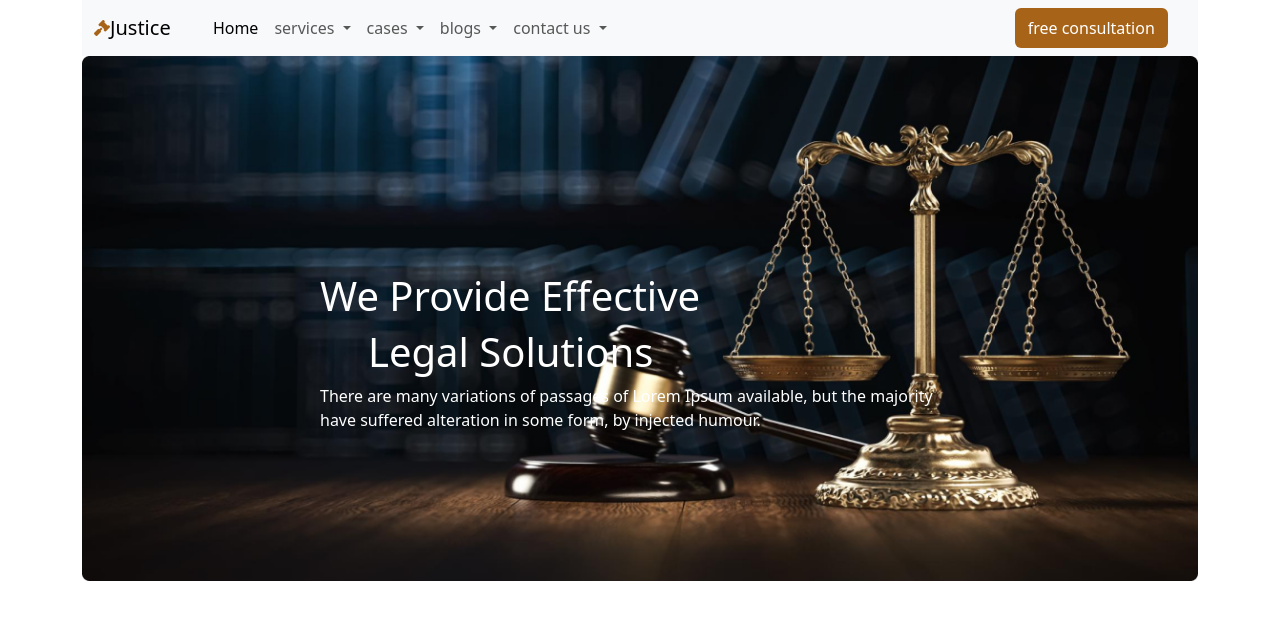
Repository: sadiaafsana138/justice
Page: index.html
The author's editor kept a copy of each file at every save. The page is drawn from the files as they stood at one save, then again after the next save.
The browser window is 1280 px wide. The pictures show the whole page.
Some web libraries are served in a nearby version.

Above is the page before, as saved 2023-01-25 18:12:16.

### index.html
<!DOCTYPE html>
<html lang="en">

<head>
    <meta charset="UTF-8">
    <meta http-equiv="X-UA-Compatible" content="IE=edge">
    <meta name="viewport" content="width=device-width, initial-scale=1.0">
    <title>
        Justice
    </title>
    <link href="https://cdn.jsdelivr.net/npm/bootstrap@5.3.0-alpha1/dist/css/bootstrap.min.css" rel="stylesheet"
        integrity="sha384-GLhlTQ8iRABdZLl6O3oVMWSktQOp6b7In1Zl3/Jr59b6EGGoI1aFkw7cmDA6j6gD" crossorigin="anonymous">
    <script src="https://kit.fontawesome.com/9557e238b6.js" crossorigin="anonymous"></script>
    <link rel="stylesheet" href="css/Styles.css">
</head>

<body>

    <header class="container-lg">
        <nav class="navbar navbar-expand-lg bg-body-tertiary">
            <div class="container-fluid ">
                <!--JUSTICE ICON-->
                <i class="fa-solid fa-gavel primary-color"></i>
                <!--NAVBAR HEADING-->
                <a class="navbar-brand" href="#">Justice</a>
                <button class="navbar-toggler" type="button" data-bs-toggle="collapse"
                    data-bs-target="#navbarSupportedContent" aria-controls="navbarSupportedContent"
                    aria-expanded="false" aria-label="Toggle navigation">
                    <span class="navbar-toggler-icon"></span>
                </button>
                <!--NAVBAR ITEMS-->
                <div class="collapse navbar-collapse d-flex justify-content-center" id="navbarSupportedContent">
                    <ul class="navbar-nav mb-2 mb-lg-0">
                        <li class="nav-item">
                            <a class="nav-link active" aria-current="page" href="#">Home</a>
                        </li>
                        <li class="nav-item dropdown">
                            <a class="nav-link dropdown-toggle" href="#" role="button" data-bs-toggle="dropdown"
                                aria-expanded="false">
                                services
                            </a>
                            <ul class="dropdown-menu">
                                <li><a class="dropdown-item" href="#">ITEMS</a></li>
                            </ul>
                        </li>
                        <li class="nav-item dropdown">
                            <a class="nav-link dropdown-toggle" href="#" role="button" data-bs-toggle="dropdown"
                                aria-expanded="false">
                                cases
                            </a>
                            <ul class="dropdown-menu">
                                <li><a class="dropdown-item" href="#">ITEMS</a></li>
                            </ul>
                        </li>
                        <li class="nav-item dropdown">
                            <a class="nav-link dropdown-toggle" href="#" role="button" data-bs-toggle="dropdown"
                                aria-expanded="false">
                                blogs
                            </a>
                            <ul class="dropdown-menu">
                                <li><a class="dropdown-item" href="#">ITEMS</a></li>
                            </ul>
                        </li>
                        <li class="nav-item dropdown">
                            <a class="nav-link dropdown-toggle" href="#" role="button" data-bs-toggle="dropdown"
                                aria-expanded="false">
                                contact us
                            </a>
                            <ul class="dropdown-menu">
                                <li><a class="dropdown-item" href="#">ITEMS</a></li>
                            </ul>
                        </li>

                        <!--navbar button-->
                        <button class="btn Btn-primary-color text-primary-color1 navbar-btn collapse navbar-collapse" data-bs-toggle="modal"
                            data-bs-target="#myModal" type="submit">free consultation</button>
                        <!-- Modal -->
                        <div class="modal" id="myModal">
                            <div class="modal-dialog">
                                <div class="modal-content">

                                    <!-- Modal Header -->
                                    <div class="modal-header">
                                        <h4 class="modal-title">Contact us</h4>
                                        <button type="button" class="btn-close" data-bs-dismiss="modal"></button>
                                    </div>

                                    <!-- Modal body -->
                                    <div class="modal-body">
                                        abcd@gmail.com
                                    </div>

                                    <!-- Modal footer -->
                                    <div class="modal-footer">
                                        <button type="button" class="btn btn-danger"
                                            data-bs-dismiss="modal">Done</button>
                                    </div>

                                </div>
                            </div>
                        </div>
                </div>
            </div>
        </nav>
    </header>
    <main class="container-lg">
        <section>
            <div>

                <div class="banner-text text-primary-color1">
                    <h1>We Provide Effective </h1>
                    <H1 class="ps-5">Legal Solutions</H1>
                    <p>There are many variations of passages of Lorem Ipsum available, but the majority have suffered alteration in some form, by injected humour.</p>
                </div>
                <img class="img-fluid" src="images/banner.png" alt="">
            </div>

        </section>

    </main>
    <footer>

    </footer>

    <script src="https://cdn.jsdelivr.net/npm/bootstrap@5.3.0-alpha1/dist/js/bootstrap.bundle.min.js"
        integrity="sha384-w76AqPfDkMBDXo30jS1Sgez6pr3x5MlQ1ZAGC+nuZB+EYdgRZgiwxhTBTkF7CXvN"
        crossorigin="anonymous"></script>

</body>

</html>

### css/Styles.css
.primary-color{
    color: rgb(167, 100, 25);
}
.Btn-primary-color{
    background : rgb(167, 100, 25);;
}
.text-primary-color1{
    color: white;
}
.navbar-btn{
    margin-left: 400px;
}
.banner-text{

        position:absolute;
        top: 50%;
        left: 50%;
        transform: translate(-50%, -50%);

}

After the next save:
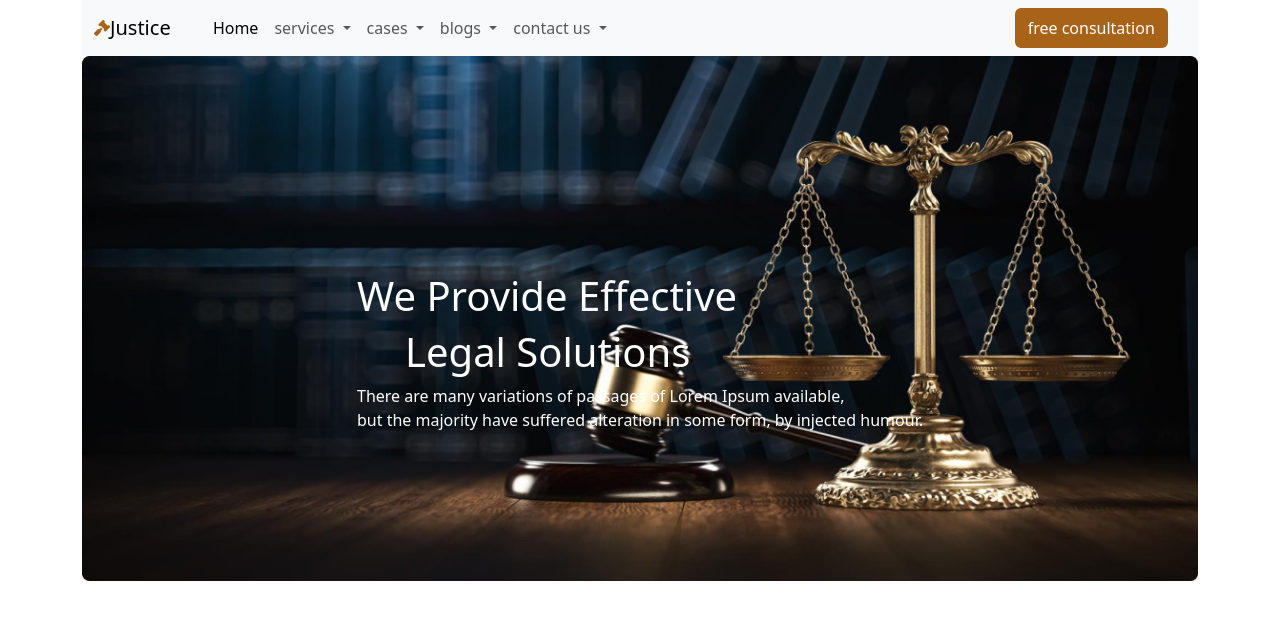
Saved 71 s later.
--- a/index.html
+++ b/index.html
@@ -110,7 +110,7 @@
                 <div class="banner-text text-primary-color1">
                     <h1>We Provide Effective </h1>
                     <H1 class="ps-5">Legal Solutions</H1>
-                    <p>There are many variations of passages of Lorem Ipsum available, but the majority have suffered alteration in some form, by injected humour.</p>
+                    <p>There are many variations of passages of Lorem Ipsum available,<br>but the majority have suffered alteration in some form, by injected humour.</p>
                 </div>
                 <img class="img-fluid" src="images/banner.png" alt="">
             </div>
